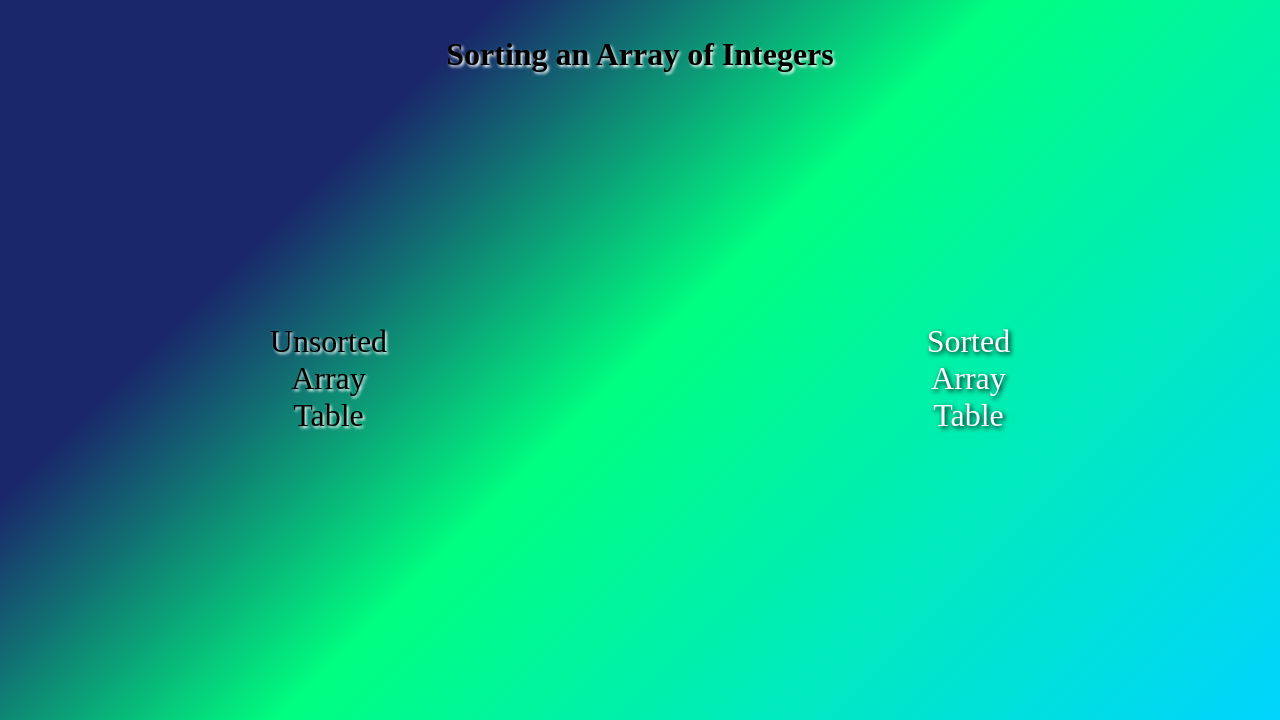
Repository: mlmEFSC21/P16-Sorting-Integers
Page: sort.html
An editor plug-in stored every save of this project. The page is shown before and after the next save, followed by the edit.
The browser window is 1280 px wide. The pictures show the whole page.

Above is the page before, as saved 2022-03-25 20:29:05.

After the next save:
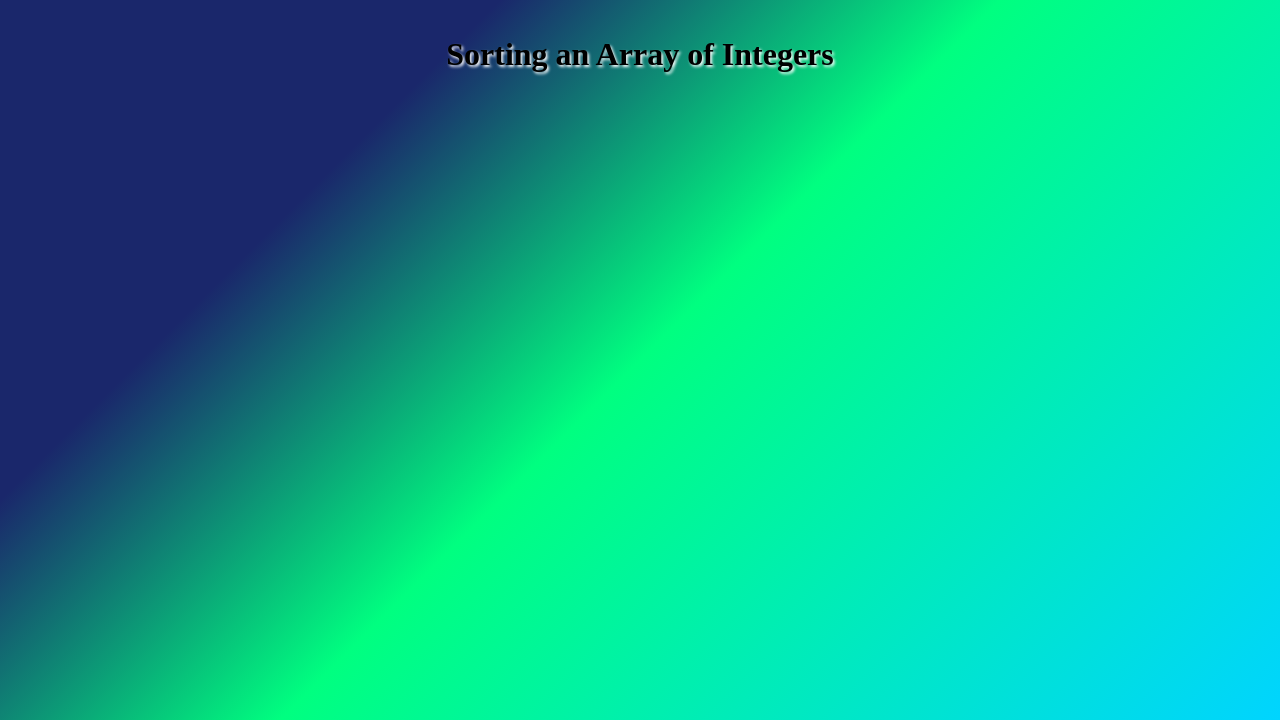
Saved 11 h 47 min later.
--- a/sort.js
+++ b/sort.js
@@ -2,25 +2,47 @@
 const unsortedArray = [];
 const sortedArray = unsortedArray.sort((a, b) => a - b);
 const arrayContainer = document.querySelector("#arrayContainer");
-const unsortedTable = document.createElement("table");
-unsortedTable.setAttribute("class", "unsortedTable");
-arrayContainer.append(unsortedTable);
-const unsortedCaption = document.createElement("caption");
-unsortedCaption.innerText = "Unsorted Array Table";
-unsortedTable.append(unsortedCaption);
-const thead = document.createElement("thead");
-unsortedTable.append(thead);
-const unsortHeadRow = document.createElement("tr");
-thead.append(unsortHeadRow);
-let dataCell;
-let i = 0;
+const unsortedTable = `<table class="unsortedTable" id="unsortedTable">
+                    <caption>
+                        Unsorted Array Table
+                    </caption>
+                    <thead>
+                        <tr class="theadRow">
+                            <th>Index 0</th>
+                            <th>Index 1</th>
+                            <th>Index 2</th>
+                            <th>Index 3</th>
+                            <th>Index 4</th>
+                        </tr>
+                    </thead>
+                    <tbody>
+                        <tr>
+                            <td>2</td>
+                            <td>5</td>
+                            <td>1</td>
+                            <td>4</td>
+                            <td>3</td>
+                        </tr>
+                    </tbody>
+                </table>`;
 
-const sortedTable = document.createElement("table");
-sortedTable.setAttribute("class", "sortedTable");
-arrayContainer.append(sortedTable);
-const sortedCaption = document.createElement("caption");
-sortedCaption.innerText = "Sorted Array Table";
-sortedTable.append(sortedCaption);
+// const unsortedTable = document.createElement("table");
+// unsortedTable.setAttribute("class", "unsortedTable");
+// arrayContainer.append(unsortedTable);
+// const unsortedCaption = document.createElement("caption");
+// unsortedCaption.innerText = "Unsorted Array Table";
+// unsortedTable.append(unsortedCaption);
+// const thead = document.createElement("thead");
+// unsortedTable.append(thead);
+// const unsortHeadRow = document.createElement("tr");
+// thead.append(unsortHeadRow);
+
+// const sortedTable = document.createElement("table");
+// sortedTable.setAttribute("class", "sortedTable");
+// arrayContainer.append(sortedTable);
+// const sortedCaption = document.createElement("caption");
+// sortedCaption.innerText = "Sorted Array Table";
+// sortedTable.append(sortedCaption);
 
 // let i = 0;
 // while (i < 5) {
